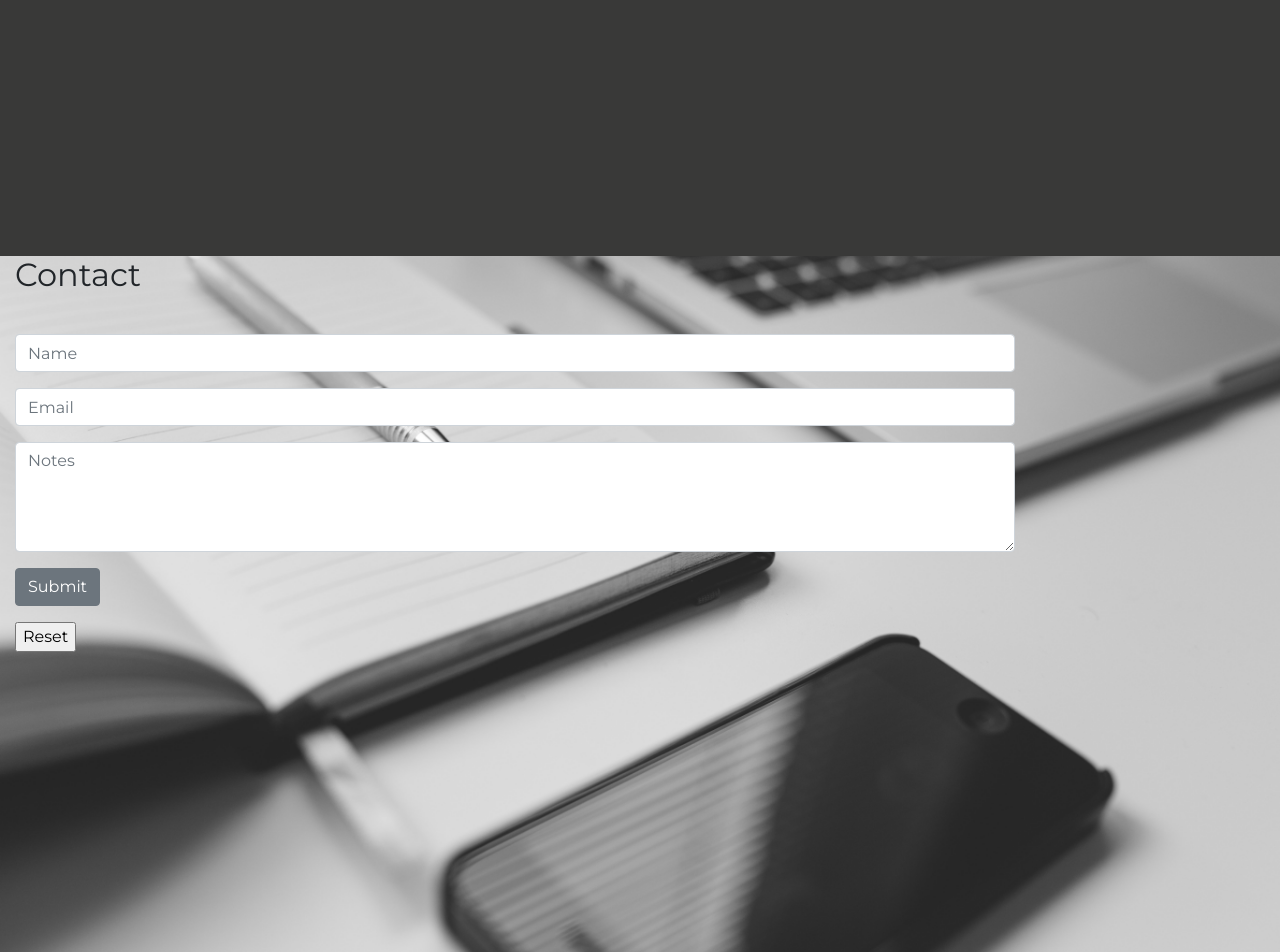
Repository: Liz94688/portfolio-site
Page: index.html
The author's editor kept a record of every edit. The page is drawn from the files as they stood at one moment, then again after the next edit.
The browser window is 1280 px wide. The pictures show the part of the page from y = 1184 to 2136 px (the page is 2175 px tall).
Backgrounds fixed to the window are drawn as part of the page.

Above is the page before.

After the next edit:
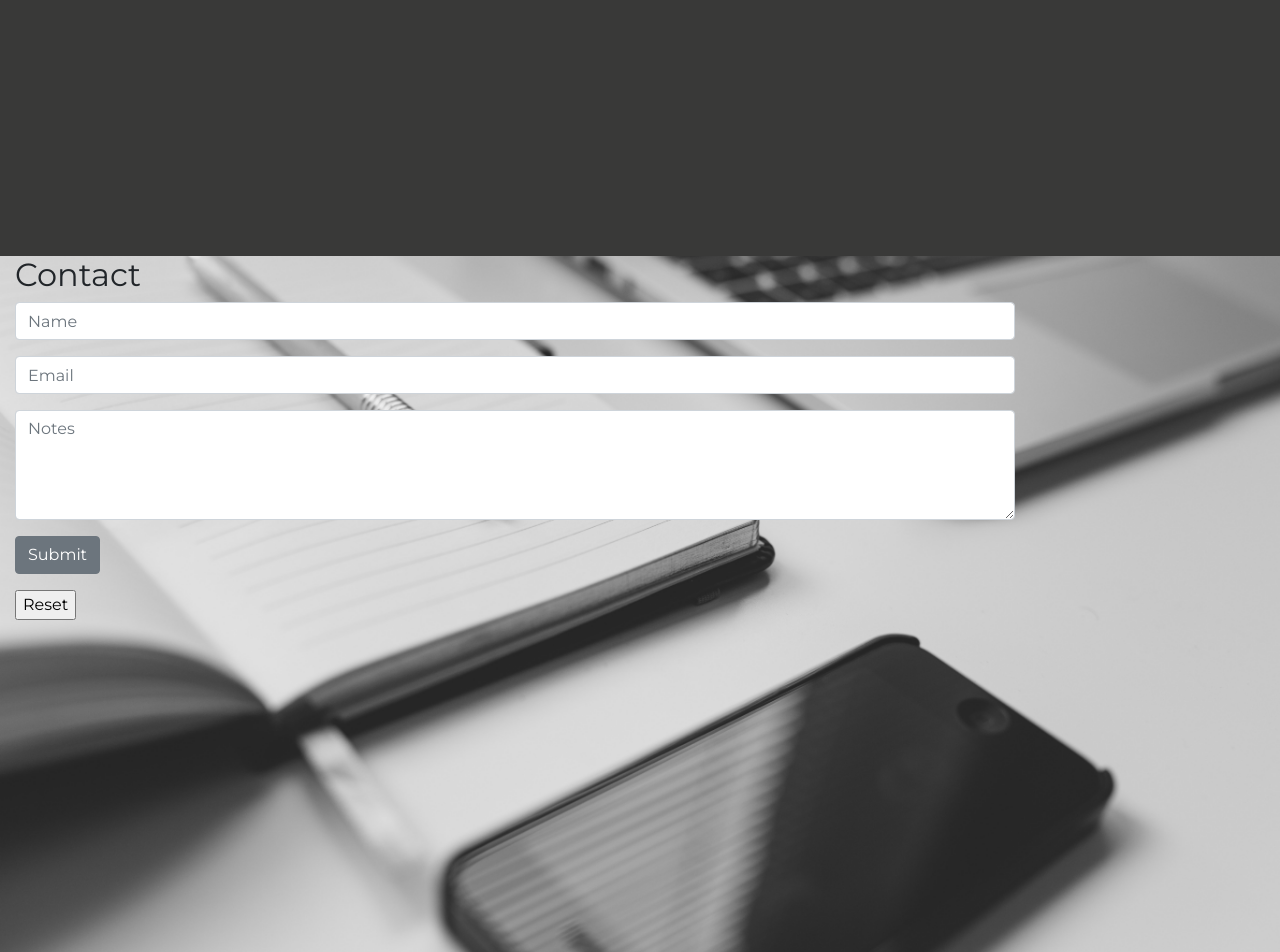
The edit:
--- a/assets/css/style.css
+++ b/assets/css/style.css
@@ -122,8 +122,9 @@
     padding-top: 15px;
 }
 
-.contact-heading {
-    margin-bottom: 40px;
+.contact-title {
+    margin: 0;
+    padding-top: 10%;
 }
 
 .contact-form {
